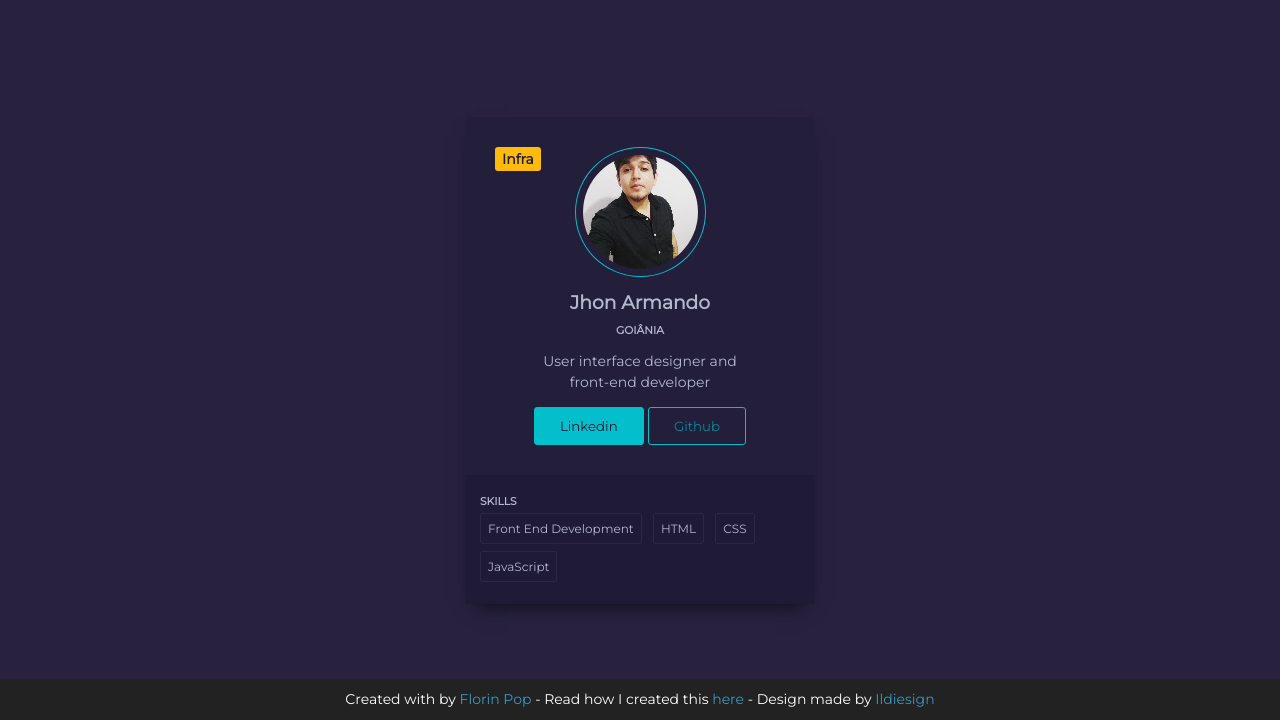
Repository: JhonMercedes/flip-card
Page: index.html
The author's editor kept a copy of each file at every save. The page is drawn from the files as they stood at one save, then again after the next save.
The browser window is 1280 px wide. The pictures show the whole page.

Above is the page before, as saved 2021-12-03 16:25:05.

After the next save:
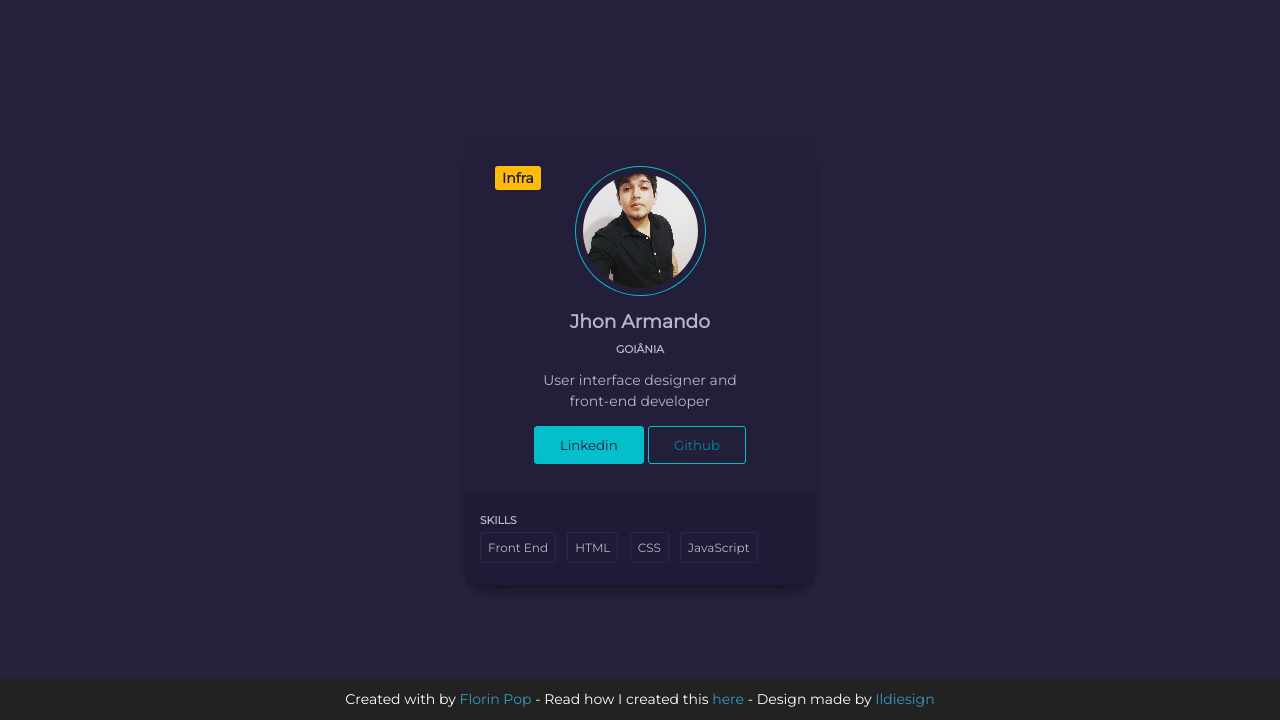
Saved 4 s later.
--- a/index.html
+++ b/index.html
@@ -28,7 +28,7 @@
         <div class="skills">
             <h6>Skills</h6>
             <ul>
-                <li>Front End Development</li>
+                <li>Front End</li>
                 <li>HTML</li>
                 <li>CSS</li>
                 <li>JavaScript</li>
